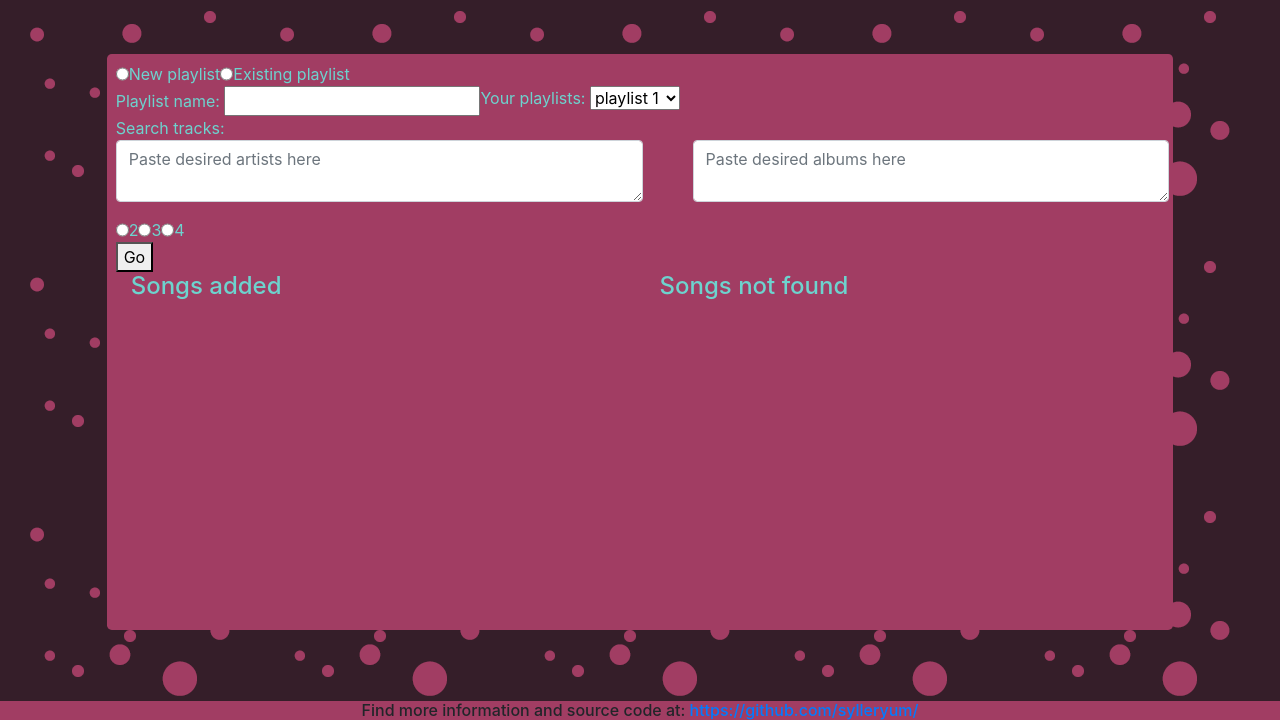
Repository: sylleryum/Frontend
Page: GetTopTracks/index.html
These files come from the project's save history. The page is drawn as it stood at one moment and after the next save; the edit follows.
The browser window is 1280 px wide. The pictures show the whole page.

Above is the page before, as saved 2019-10-13 16:46:39.

### GetTopTracks/index.html
<!doctype html>
<html lang="en">

<head>
     <title>Get top tracks from Artists and albums</title>
     <!-- Required meta tags -->
     <meta charset="utf-8">
     <meta name="viewport" content="width=device-width, initial-scale=1, shrink-to-fit=no">

     <!-- Bootstrap CSS -->
     <link rel="stylesheet" href="https://stackpath.bootstrapcdn.com/bootstrap/4.3.1/css/bootstrap.min.css"
          integrity="sha384-ggOyR0iXCbMQv3Xipma34MD+dH/1fQ784/j6cY/iJTQUOhcWr7x9JvoRxT2MZw1T" crossorigin="anonymous">

     <!-- main CSS-->
     <link rel="stylesheet" href="style.css">

</head>

<body class="background-master">
          <form action="searchTrack" id="submit-btn" onsubmit="return validation()">
     <div class="container-fluid h-95">
          <div class="row align-items-center justify-content-center h-95">
               <div class="h-80 col col-md-10 bg-4 text-1 rounded-lg pl-4 pt-2 overflow-auto  id="internal-container">
                    <div class="row main-select">
                         <input type="radio" id="rNew" name="playlistRadio" value="new" onchange="radioChecker()">New
                         playlist
                         <input type="radio" id="rExisting" name="playlistRadio" value="existing"
                              onchange="radioChecker()">Existing
                         playlist
                    </div>
                    <div class="row main-playlist">
                         <div id="new-playlist" class="block-style">
                              Playlist name: <input type="text" id="playlistName" name="playlistName" />
                         </div>
                         <div id="existing-playlist" class="block-style">
                              <span>Your playlists:</span>
                              <select name="selectPlaylist">
                                   <option>playlist 1</option>
                                   <option>playlist 2</option>
                                   <option>playlist 3</option>
                                   <option>playlist 4</option>
                                   <!-- <c:forEach var="items" items="${playlists}">
                                        <option value="${items.getId()}">${items.getName()}</option>
                                   </c:forEach> -->
                              </select>
                         </div>
                    </div>
                    <div class="row">
                         Search tracks:
                    </div>
                    <div class="row main-textarea form-group pr-1">
                         <div class="col-md-6 p-0">
                              <textarea class="textarea-search form-control md-textarea" id="searchNameArtist"
                                   name="searchNameArtist" placeholder="Paste desired artists here"></textarea>
                         </div>
                         <div class="col-md-6 p-0 small-padding">
                              <textarea class="textarea-search form-control md-textarea" id="searchNameAlbum"
                                   name="searchNameAlbum" placeholder="Paste desired albums here"></textarea>
                         </div>
                    </div>
                    <div class="row track-amount">
                         <input type="radio" id="rAmount2" name="playlistRadio" value="rAmount2" onchange="">2
                         <input type="radio" id="rAmount3" name="playlistRadio" value="rAmount3" onchange="">3
                         <input type="radio" id="rAmount4" name="playlistRadio" value="rAmount4" onchange="">4
                    </div>
                    <div class="row main-go">
                         <button type="submit" id="submit-button">
                              Go
                         </button>
                    </div>

                    <div class="row results-menu">
                         <div class="success col-md-6">
                              <h4>Songs added</h4>

                         </div>
                         <div class="failure col-md-6">
                              <h4>Songs not found</h4>

                         </div>
                    </div>

               </div>

          </div>

     </div>
     </form>
     <footer class="text-center m-0 p-0 bg-4 footer-clear">
          <h6 class="p-0 m-0 text-w">Find more information and source code at: <a href="https://github.com/sylleryum/">
                    https://github.com/sylleryum/</a></h6>

     </footer>







     <!-- Optional JavaScript -->
     <!-- jQuery first, then Popper.js, then Bootstrap JS -->
     <script src="https://code.jquery.com/jquery-3.3.1.slim.min.js"
          integrity="sha384-q8i/X+965DzO0rT7abK41JStQIAqVgRVzpbzo5smXKp4YfRvH+8abtTE1Pi6jizo"
          crossorigin="anonymous"></script>
     <script src="https://cdnjs.cloudflare.com/ajax/libs/popper.js/1.14.7/umd/popper.min.js"
          integrity="sha384-UO2eT0CpHqdSJQ6hJty5KVphtPhzWj9WO1clHTMGa3JDZwrnQq4sF86dIHNDz0W1"
          crossorigin="anonymous"></script>
     <script src="https://stackpath.bootstrapcdn.com/bootstrap/4.3.1/js/bootstrap.min.js"
          integrity="sha384-JjSmVgyd0p3pXB1rRibZUAYoIIy6OrQ6VrjIEaFf/nJGzIxFDsf4x0xIM+B07jRM"
          crossorigin="anonymous"></script>
</body>

</html>

### GetTopTracks/style.css
.footer-clear {
     width: 100%;
     position: fixed;
     bottom: 0%;
}

.background-master {
     background: url(images/bb.png) repeat;
}

.h-100 {
     min-height: 100vh;
}

.h-95 {
     min-height: 95vh;
}

.h-80 {
     min-height: 80vh;
     max-height: 90vh;
}

.bg-1 {
     background: #6dd3ce!important
}

.bg-2 {
     background: #c8e9a0!important
}

.bg-3 {
     background: #f7a278!important
}

.bg-4 {
     background: #a13d63!important
}

.bg-5 {
     background: #351e29!important
}

.text-1 {
     color: #6dd3ce!important
}

.text-2 {
     color: #c8e9a0!important
}

.text-3 {
     color: #f7a278!important
}

.text-4 {
     color: #a13d63!important
}

.text-5 {
     color: #351e29!important
}

@media screen and (min-width: 767px) {
     .small-padding {
          padding-left: 50px!important;
     }
}

After the next save:
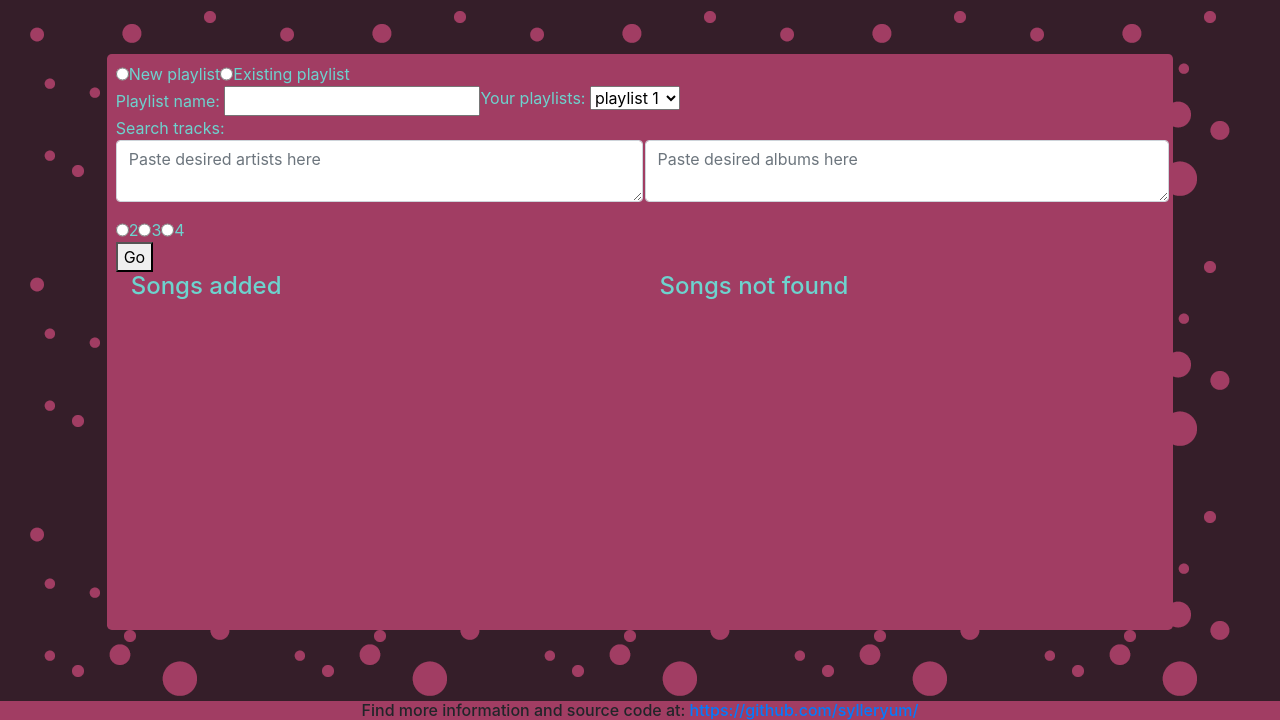
Saved 15 s later.
--- a/GetTopTracks/style.css
+++ b/GetTopTracks/style.css
@@ -63,6 +63,6 @@
 
 @media screen and (min-width: 767px) {
      .small-padding {
-          padding-left: 50px!important;
+          padding-left: 2px!important;
      }
 }
